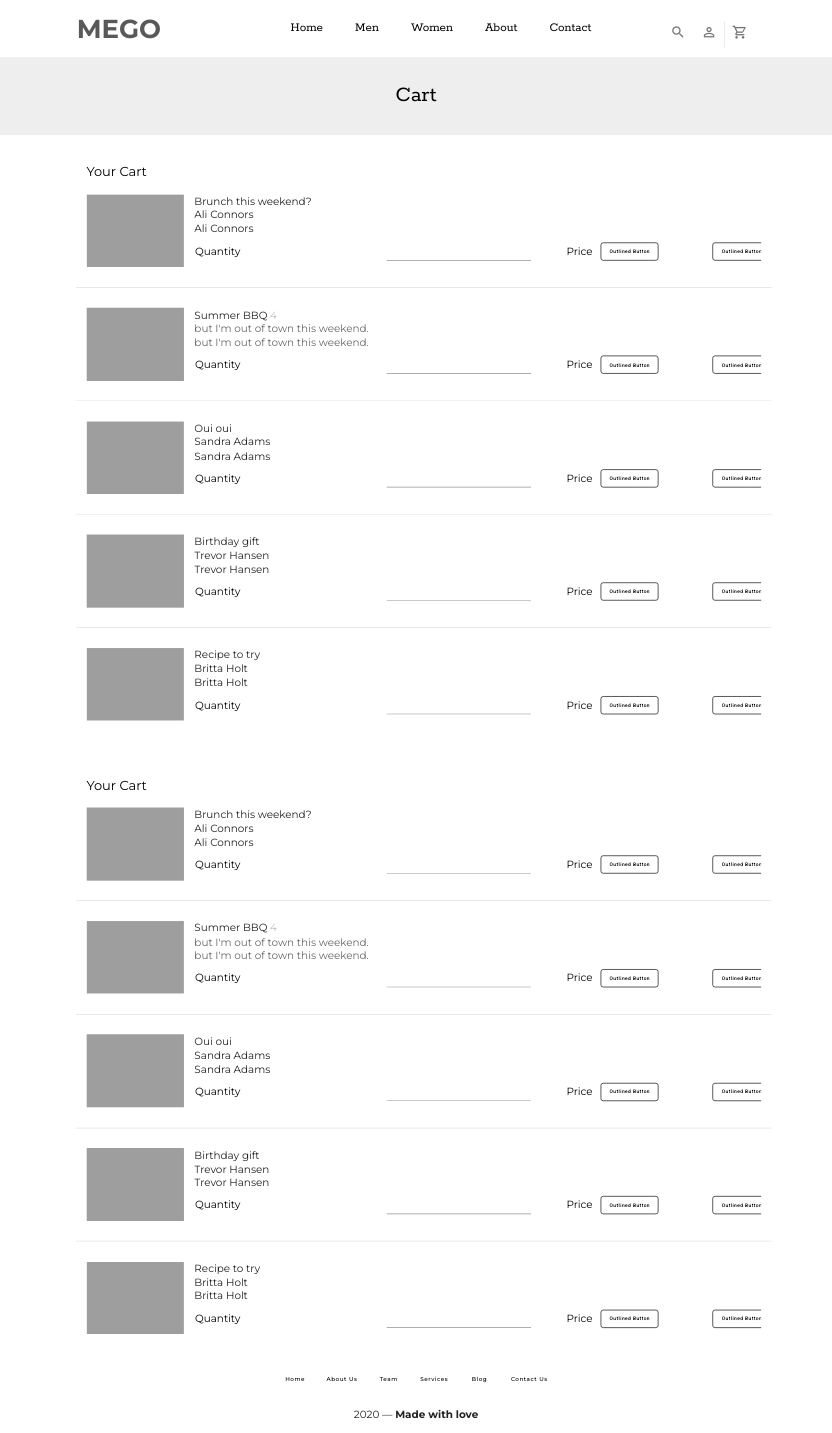
Repository: nguyenphuong152/mego-frontend
Page: /cart (app in frontend/)
These files come from the project's save history. The page is drawn as it stood at one moment and after the next save; the edit follows.
The browser window is 1280 px wide. The pictures show the whole page, at 65% of full size.
Pictures or frames that could not be fetched are drawn as grey boxes. The project was rebuilt for these pictures with package versions that can differ from the ones it lists, and the page was loaded fresh each time. Also part of the build but not shown: frontend/vue.config.js, frontend/src/components/Customer/Collection.vue, frontend/src/components/Customer/Banner.vue, frontend/src/components/Customer/BestSeller.vue, frontend/src/components/Customer/Partner.vue, frontend/src/views/Customer/Home.vue, frontend/src/components/Customer/ProductCategory.vue, frontend/src/components/Customer/ProductView.vue and 10 more. Imported but missing from the stored project, and not drawn on this page: frontend/src/views/Admin/Category.vue, frontend/src/views/Admin/ManageProduct.vue, frontend/src/views/Admin/ManageUser.vue, frontend/src/views/Admin/OrderList.vue.

Above is the page before, as saved 2020-11-26 16:56:56.

### frontend/public/index.html
<!DOCTYPE html>
<html lang="en">
  <head>
    <meta charset="utf-8">
    <head>
      <title>MEGO</title>
    </head>
    <meta http-equiv="X-UA-Compatible" content="IE=edge">
    <meta name="viewport" content="width=device-width,initial-scale=1.0">
    <link rel="icon" href="<%= BASE_URL %>favicon.ico">
    <title><%= htmlWebpackPlugin.options.title %></title>
    <link href="https://fonts.googleapis.com/css?family=Montserrat:300,400,500,600,700" rel="stylesheet">
    <link href="https://fonts.googleapis.com/css?family=Rokkitt:100,300,400,700" rel="stylesheet">
    <link rel="stylesheet" href="https://fonts.googleapis.com/css?family=Roboto:100,300,400,500,700,900">
    <link rel="stylesheet" href="https://cdn.jsdelivr.net/npm/@mdi/font@latest/css/materialdesignicons.min.css">
  </head>
  <body>
    <noscript>
      <strong>We're sorry but <%= htmlWebpackPlugin.options.title %> doesn't work properly without JavaScript enabled. Please enable it to continue.</strong>
    </noscript>
    <div id="app"></div>
    <!-- built files will be auto injected -->
  </body>
</html>

### frontend/src/main.js
import Vue from 'vue'
import App from './App.vue'
import vuetify from './plugins/vuetify';
import router from './router'
import '../sass/style.scss'
import 'bootstrap/dist/css/bootstrap.css'
import 'bootstrap-vue/dist/bootstrap-vue.css'
import { BootstrapVue, IconsPlugin } from 'bootstrap-vue'

Vue.use(BootstrapVue)
// Optionally install the BootstrapVue icon components plugin
Vue.use(IconsPlugin)
Vue.config.productionTip = false

new Vue({
  vuetify,
  router,
  render: h => h(App)
}).$mount('#app')

### frontend/src/App.vue
<template>
  <v-app app>
    <v-container v-if="!['Admin', 'Banner', 'Category','Product','ManageUser','OrderList','Dashboard'].includes($route.name)">
      <Toolbar />
    </v-container>
    <v-main>
      <router-view></router-view>
    </v-main>
      <Footer v-if="!['Admin', 'Banner', 'Category','Product','ManageUser','OrderList','Dashboard'].includes($route.name)"/>
  </v-app>

</template>

<script>

import Footer from "./components/Customer/Footer";
import Toolbar from "./components/Customer/Toolbar";

export default {
  name: "App",

  components: {
    Toolbar,
    Footer
  },

  data: () => ({
    //
  }),
};
</script>

### frontend/src/plugins/vuetify.js
import Vue from 'vue';
import Vuetify from 'vuetify/lib';


Vue.use(Vuetify);

const vuetify = new Vuetify({
    theme: {
      themes: {
        light: {
          primary: '#000',
          secondary: '#b0bec5',
          accent: '#8c9eff',
          error: '#b71c1c',
        },
      },
    },
  })

export default new Vuetify({
    vuetify,
});

### frontend/src/router/index.js
import Vue from "vue";
import VueRouter from "vue-router";
import Home from "../views/Customer/Home.vue";
import Men from "../views/Customer/Men.vue";
import Women from "../views/Customer/Women.vue";
import Admin from "../views/Admin/Admin.vue";
import Product from "../views/Admin/ManageProduct.vue";
import Banner from "../views/Admin/Banner.vue";
import Category from "../views/Admin/Category.vue";
import ManageUser from "../views/Admin/ManageUser.vue";
import OrderList from "../views/Admin/OrderList.vue";
import Dashboard from "../views/Admin/Dashboard.vue"
//import ProductDetail from "../views/ProductDetail.vue"

Vue.use(VueRouter);

const routes = [
  {
    path: "/",
    name: "Home",
    component: Home,
  },
  {
    path: "/men",
    name: "Men",
    component: Men,
  },
  {
    path: "/women",
    name: "Women",
    component: Women,
  },
  {
    path: "/about",
    name: "About",
    // route level code-splitting
    // this generates a separate chunk (about.[hash].js) for this route
    // which is lazy-loaded when the route is visited.
    component: () =>
      import(/* webpackChunkName: "about" */ "../views/Customer/About.vue"),
  },
  {
    path: "/contact",
    name: "Contact",
    component: () =>
      import(/* webpackChunkName: "about" */ "../views/Customer/Contact.vue"),
  },
  {
    path: "/cart",
    name: "Cart",
    component: () =>
      import(/* webpackChunkName: "about" */ "../views/Customer/Cart.vue"),
  },
  {
    path: "/account",
    name: "Account",
    component: () =>
      import(/* webpackChunkName: "about" */ "../views/Customer/Account.vue"),
  },
  {
    path: "/userlogin",
    name: "UserLogin",
    component: () =>
      import(/* webpackChunkName: "about" */ "../views/Customer/UserLogin.vue"),
  },
  {
    path: "/checkout",
    name: "Checkout",
    component: () =>
      import(/* webpackChunkName: "about" */ "../views/Customer/Checkout.vue"),
  },
  {
    path: "/product/:id",
    name: "ProductDetail",
    component: () =>
      import(/* webpackChunkName: "about" */ "../views/Customer/ProductDetail.vue"),
  },
  {
    path: "/admin",
    name: "Admin",
    component: Admin,
    children: [
      {
        path: "/banner",
        name: "Banner",
        component: Banner,
      },
      {
        path: "/category",
        name: "Category",
        component: Category,
      },
      {
        path: "/product",
        name: "Product",
        component: Product,
      },
      {
        path: "/manageuser",
        name: "ManageUser",
        component: ManageUser,
      },
      {
        path: "/orderlist",
        name: "OrderList",
        component: OrderList,
      },
      {
        path: "/dashboard",
        name: "Dashboard",
        component: Dashboard,
      },
    ],
  },
];

const router = new VueRouter({
  mode: "history",
  base: process.env.BASE_URL,
  routes,
});

export default router;

### frontend/sass/style.scss

$font-primary: 'Montserrat',
Arial,
sans-serif;
$font-secondary: 'Rokkitt',
Georgia,
serif;


@import '~vuetify/src/styles/styles.sass';

// Overrides
$grid-gutter-width: 20px !default;
$border-radius-base: 4px !default;
$padding-base-vertical: 14px !default;

$brand-primary: #616161 !default;
$brand-secondary: #88c8bc !default;
$brand-yellow: #FFDD00 !default;
$brand-footer-color: #2C2E3E;

$brand-white: #fff;
$brand-black: #000;
$brand-darker: #444;
$brand-gray: #ccc;
$brand-lighter: #e9e9e9;
$brand-body-color: #e8e8e8;
$brand-selection-color: #f9f6f0;
$brand-overlay-color: #4c4a8a;
$brand-bg-color: $brand-white;

.v-btn {
  text-transform:none !important;
}
// .v-text-field{
//   width: 50px;
//   height: 10px;
// }

#app {
  -webkit-font-smoothing: antialiased;
  -moz-osx-font-smoothing: grayscale;

  text-align: center;
  .container {
    max-width: 1100px;
  }
  font: 300
}

.nav {
  padding-left: 0px;
  a {
    font-size: 20px;
    color: lighten($brand-black,35%);
    font-family: $font-secondary;
    text-decoration: none;
    font-weight: 500;
    &.router-link-exact-active {
      color: #42b983;
    }

  }
}

#logo {
  font-size: 40px;
  font-weight: 700;
  font-family: $font-primary;
  color: lighten($brand-black, 35%);
}


.slogan {
  font-size: 50px;
  color: #2c3e50;
  font-family: $font-secondary;
  text-decoration: none;
}

.title-collection{
  @extend .slogan;
  font-size: 25px;
}


.slogan-3 {
  @extend .slogan;
  font-size: 35px;
}

.title-shoes {
  @extend .slogan;
  font-size: 20px;
}


.footer-text {
  font-family:$font-primary;
  font-size: 16px;
}

.admin {
  font-family: $font-primary;
  font-size:16px;
}

.admin-nav {
  font-family: $font-primary !important;
  font-size: 20px !important;
  color: white !important;
}

### frontend/src/components/Customer/Footer.vue
<template>
  <v-footer class="white" padless>
    <v-row justify="center" no-gutters>
      <v-btn
        v-for="link in links"
        :key="link"
        color="black"
        text
        rounded
        class="my-2 footer-text"
      >
        {{ link }}
      </v-btn>
      <v-col class="white py-4 text-center fluid footer-text" cols="12">
        {{ new Date().getFullYear() }} — <strong>Made with love</strong>
      </v-col>
    </v-row>
  </v-footer>
</template>

<script>
export default {
  data: () => ({
    links: ["Home", "About Us", "Team", "Services", "Blog", "Contact Us"],
  }),
};
</script>

<style></style>

### frontend/src/components/Customer/Toolbar.vue
<template>
  <v-toolbar flat>
    <v-row class="d-flex align-baseline">
      <v-col cols="3" class="d-flex justify-lg-start">
        <v-toolbar-title id="logo">MEGO</v-toolbar-title>
      </v-col>
      <v-col class="d-flex justify-space-around text-start nav">
        <router-link to="/">Home</router-link>
        <router-link to="/men">Men</router-link>
        <router-link to="/women">Women</router-link>
        <router-link to="/about">About</router-link>
        <router-link to="/contact">Contact</router-link>
      </v-col>
      <v-col cols="2" class="d-flex justify-end">
        <v-btn icon>
          <v-icon>mdi-magnify</v-icon>
        </v-btn>
        <v-menu
          open-on-hover
          top
          offset-y
          :position-x="960"
          :position-y="230"
          absolute
        >
          <template v-slot:activator="{ on, attrs }">
            <v-btn icon v-bind="attrs" v-on="on">
              <v-icon>mdi-account-outline</v-icon>
            </v-btn>
          </template>

          <v-list class="text-start nav">
            <v-list-item v-for="(item, index) in routes" :key="index" :to="item.path">
              <v-list-item-title>{{ item.name }}</v-list-item-title>
            </v-list-item>
          </v-list>
        </v-menu>
        <v-divider vertical inset></v-divider>
        <v-btn icon @click="goToCart">
          <v-icon>mdi-cart-outline</v-icon>
        </v-btn>
      </v-col>
    </v-row>
  </v-toolbar>
</template>

<script>
export default {
  data: () => ({
    routes: [
      {
        path:"/checkout",
        name:"Check Out"
       },
       {
        path:"/account",
        name:"My Account"
       },
       {
        path:"/userlogin",
        name:"User Login"
       },

    ],
  }),
  methods: {
     goToCart: function() {
     this.$router.push({name: 'Cart'})
     }
  }
};
</script>

<style></style>

### frontend/src/views/Customer/Cart.vue
<template>
  <div class="cart app">
   <v-sheet color="grey lighten-3" height="120">
      <v-container py-8>
        <a class="slogan-3">Cart</a>
      </v-container>
    </v-sheet>
     <div>
       <v-container>
 <v-row>
         <v-col>
<totalProducts/>
         </v-col>
   <v-col>
<totalProducts/>
         </v-col>
       </v-row>
       </v-container>

  </div>
  </div>
</template>

<script>

import totalProducts from '../../components/Customer/TotalProducts'


export default {
  components: {totalProducts},
   data () {

   }
}
</script>

### frontend/src/components/Customer/TotalProducts.vue
<template>
  <v-container class="app">
    <v-list three-line>
      <template v-for="(item, index) in items">
        <v-subheader
          class="admin-nav black--text"
          v-if="item.header"
          :key="item.header"
          v-text="item.header"
        ></v-subheader>

        <v-divider v-else-if="item.divider" :key="index"></v-divider>

        <v-list-item v-else :key="item.title">
          <v-img :src="item.avatar" max-height="150" max-width="150"></v-img>
          <v-list-item-content class="text-start ml-4">
            <v-list-item-title
              v-html="item.title"
              class="admin"
            ></v-list-item-title>
            <v-list-item-subtitle
              class="admin"
              v-html="item.subtitle"
            ></v-list-item-subtitle>
            <v-list-item-subtitle
              class="admin"
              v-html="item.subtitle"
            ></v-list-item-subtitle>
            <v-row class="pl-4 d-flex align-center">
              <v-col class="pa-0 admin " cols="4">
                <a>Quantity</a>
              </v-col>
              <v-col class="pa-0 admin" cols="3">
                <v-text-field single-line></v-text-field>
              </v-col>
              <v-col class="text-end admin">
                <a> Price</a>
              </v-col>
               <v-btn  small  outlined color="black">
              Outlined Button
            </v-btn>
            <v-spacer></v-spacer>
            <v-btn small  outlined color="black">
              Outlined Button
            </v-btn>
            </v-row>

          </v-list-item-content>
        </v-list-item>
      </template>
    </v-list>
  </v-container>
</template>

<script>
export default {
  data: () => ({
    items: [
      { header: "Your Cart" },
      {
        avatar: "https://cdn.vuetifyjs.com/images/lists/1.jpg",
        title: "Brunch this weekend?",
        subtitle: `<span class="text--primary">Ali Connors</span>`,
      },
      { divider: true, inset: true },
      {
        avatar: "https://cdn.vuetifyjs.com/images/lists/2.jpg",
        title: 'Summer BBQ <span class="grey--text text--lighten-1">4</span>',
        subtitle: `but I'm out of town this weekend.`,
      },
      { divider: true, inset: true },
      {
        avatar: "https://cdn.vuetifyjs.com/images/lists/3.jpg",
        title: "Oui oui",
        subtitle: '<span class="text--primary">Sandra Adams</span> ',
      },
      { divider: true, inset: true },
      {
        avatar: "https://cdn.vuetifyjs.com/images/lists/4.jpg",
        title: "Birthday gift",
        subtitle: '<span class="text--primary">Trevor Hansen</span> ',
      },
      { divider: true, inset: true },
      {
        avatar: "https://cdn.vuetifyjs.com/images/lists/5.jpg",
        title: "Recipe to try",
        subtitle: '<span class="text--primary">Britta Holt</span>',
      },
    ],
    size: ["Foo", "Bar", "Fizz", "Buzz"],
  }),
};
</script>

<style></style>

After the next save:
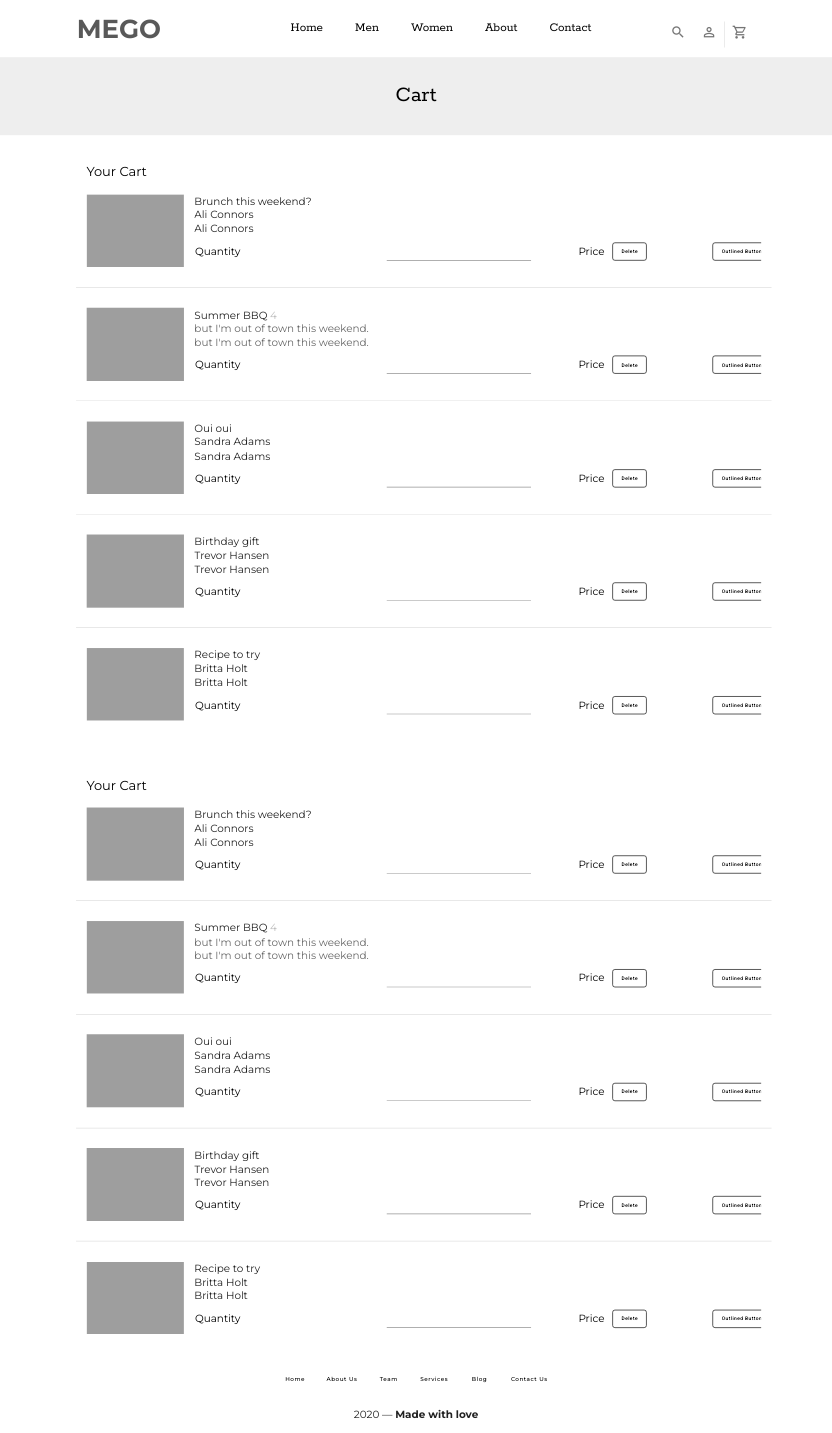
Saved 10 s later.
--- a/frontend/src/components/Customer/TotalProducts.vue
+++ b/frontend/src/components/Customer/TotalProducts.vue
@@ -37,7 +37,7 @@
                 <a> Price</a>
               </v-col>
                <v-btn  small  outlined color="black">
-              Outlined Button
+              Delete
             </v-btn>
             <v-spacer></v-spacer>
             <v-btn small  outlined color="black">
